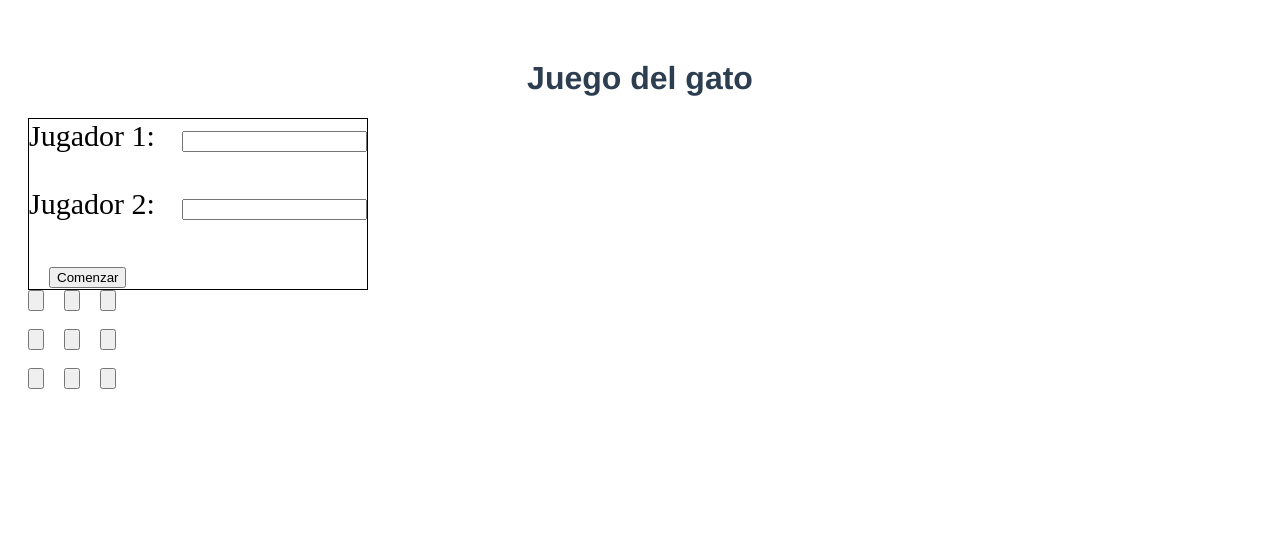
Repository: franciscamanquecheo/Taller-2
Page: / (app in vite-project/)
An editor plug-in stored every save of this project. The page is shown before and after the next save, followed by the edit.
The browser window is 1280 px wide. The pictures show the whole page.
The project was rebuilt for these pictures with package versions that can differ from the ones it lists, and the page was loaded fresh each time. Also part of the build but not shown: vite-project/vite.config.ts.

Above is the page before, as saved 2022-06-17 17:35:21.

### vite-project/src/App.vue
<script setup lang="ts">
// This starter template is using Vue 3 <script setup> SFCs
// Check out https://vuejs.org/api/sfc-script-setup.html#script-setup
import HelloWorld from './components/HelloWorld.vue'
</script>

<template>
 <h1>Juego del gato</h1>
<section>
 <article id="comandos">
  Jugador 1:
  <input type="text" id="jugador1"><br><br>
  Jugador 2:
  <input type="text" id="jugador 2"><br><br>
  <input type="button" id="comenzar" value="Comenzar">
  <label id="TurnoJugador"></label>
 </article>
  <article id="Tablero">
    <input type="button" id="casilla1">
    <input type="button" id="casilla2">
    <input type="button" id="casilla3"><br><br>

    <input type="button" id="casilla4">
    <input type="button" id="casilla5">
    <input type="button" id="casilla6"><br><br>

    <input type="button" id="casilla7">
    <input type="button" id="casilla8">
    <input type="button" id="casilla9">



  </article>











</section>
</template>

<style>
h1 {
  font-family: Avenir, Helvetica, Arial, sans-serif;
  -webkit-font-smoothing: antialiased;
  -moz-osx-font-smoothing: grayscale;
  text-align: center;
  color: #2c3e50;
  margin-top: 60px;
}
article#comandos{

  display: inline-block;
  text-align: left;
  border: 1px solid black;
  margin-left: 20px;
font-size: 30px;

}
input{
   margin-left: 20px;
}
section{
  display: inline-block;
  margin: 0 auto;

  width: 100%;
}
template{
  background-color: #2c3e50;
}
</style>

Loaded but not shown: vite-project/index.html (common file); vite-project/src/main.ts (common file)

After the next save:
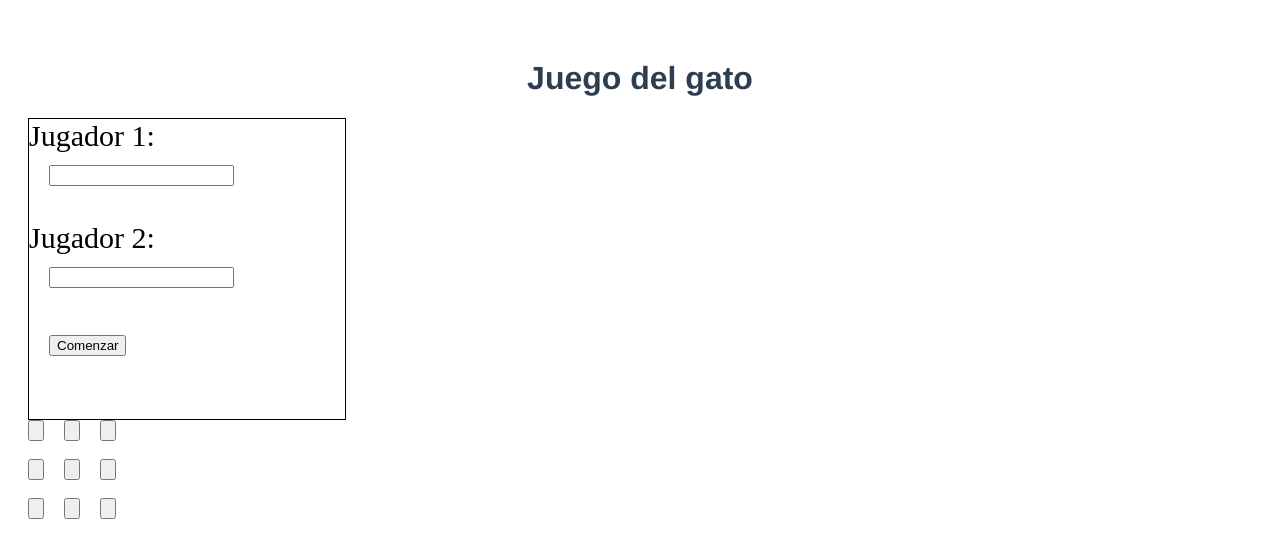
Saved 3 min 32 s later.
--- a/vite-project/src/App.vue
+++ b/vite-project/src/App.vue
@@ -61,6 +61,9 @@ article#comandos{
   border: 1px solid black;
   margin-left: 20px;
 font-size: 30px;
+vertical-align: top;
+min-height: 300px;
+width: 25%;
 
 }
 input{
